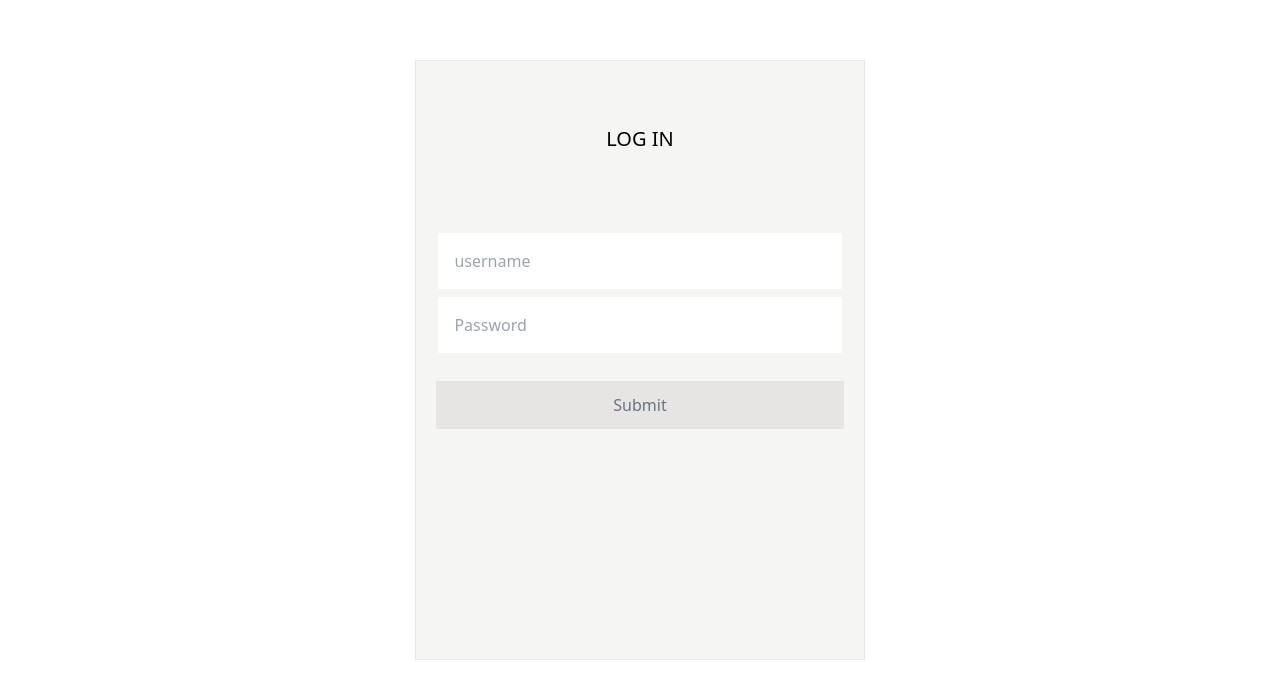
Repository: hsumyatm7308/oop-loginregister-php
Page: http://localhost/login.php
These files come from the project's save history. The page is drawn as it stood at one moment and after the next save; the edit follows.
The browser window is 1280 px wide. The pictures show the whole page.
Some web libraries are served in a nearby version. The page is run by PHP 8.4 with error messages shown; the project is at /var/www/html/.

Above is the page before, as saved 2023-08-02 00:07:59.

After the next save:
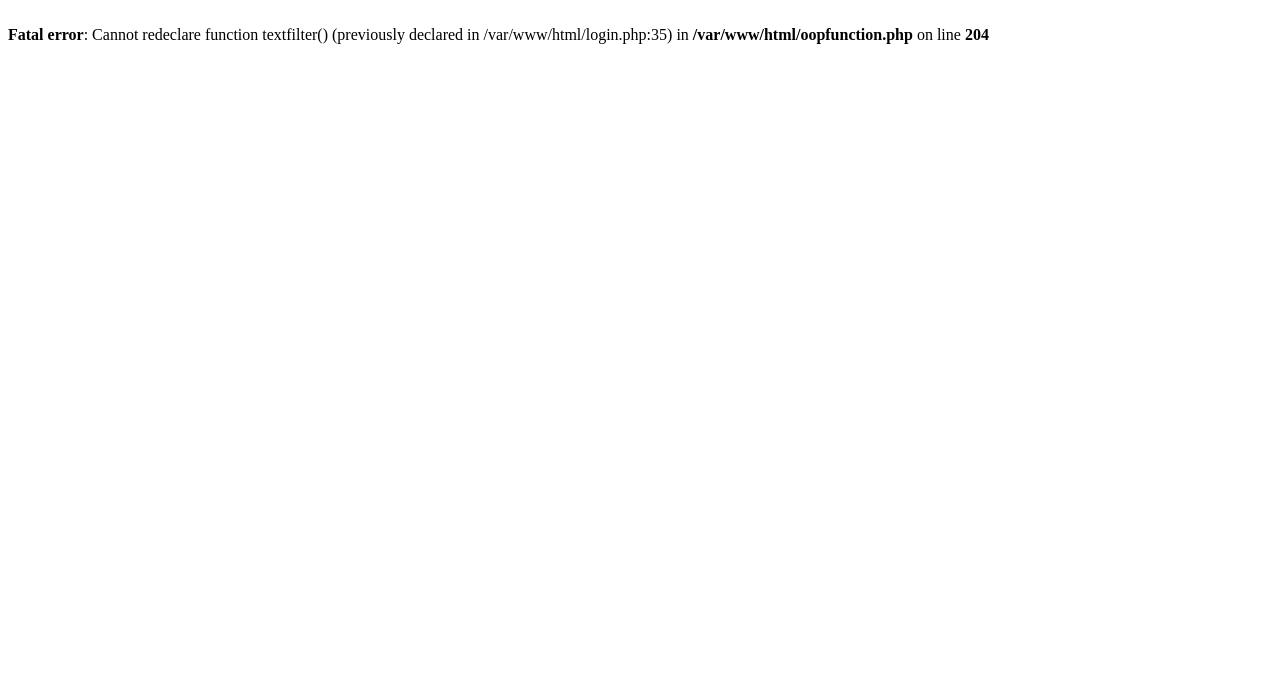
Saved 16 s later.
--- a/login.php
+++ b/login.php
@@ -30,6 +30,15 @@ if ($_SERVER['REQUEST_METHOD'] === "POST") {
 // Place the code inside the $_SERVER['REQUEST_METHOD'] === "POST" block
 if (isset($_SESSION['id'])) {
     header("Location: logout.php");
+}
+
+function textfilter($data)
+{
+    $data = trim($data);
+    $data = htmlspecialchars($data);
+    $data = stripcslashes($data);
+
+    return $data;
 }
 ?>
 

After the save that followed:
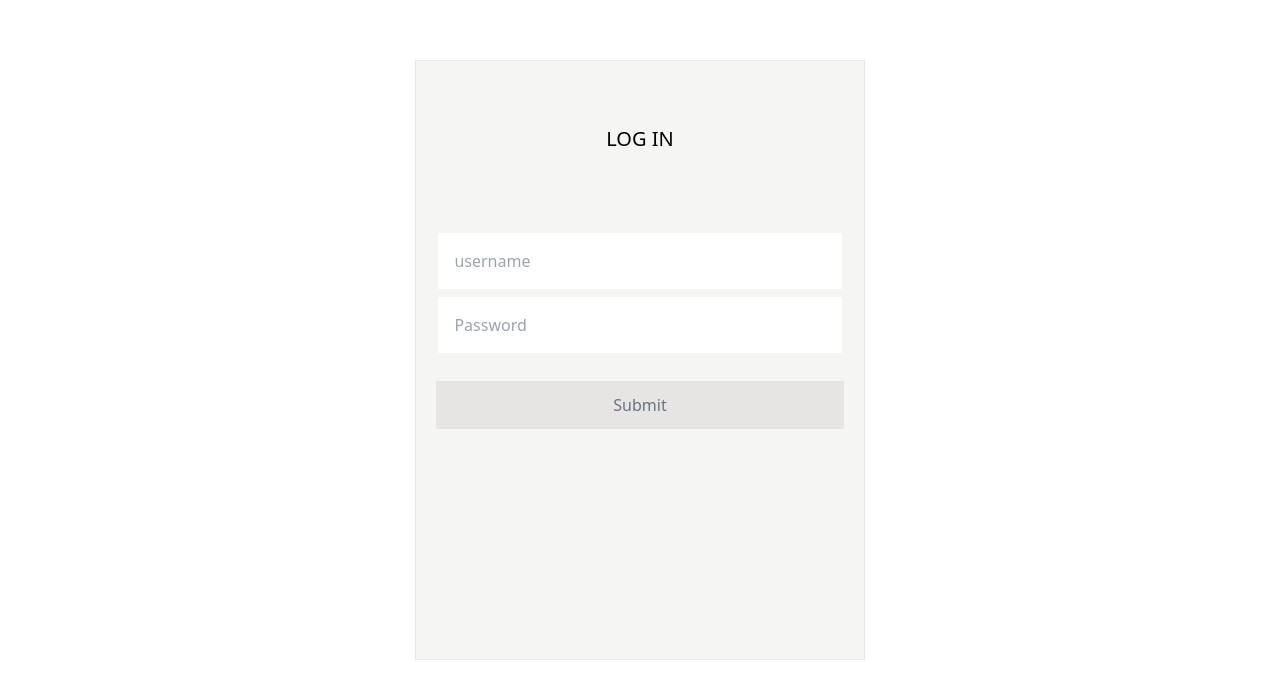
Saved 46 s later.
--- a/oopfunction.php
+++ b/oopfunction.php
@@ -171,43 +171,5 @@ class Logout extends Connection
 
 $obj = new Connection();
 
-if ($_SERVER['REQUEST_METHOD'] === "POST") {
-    $reg = new Register();
-    // if (isset($_POST['submit'])) {
-
-        $fullname = textfilter($_POST['fullname']);
-        $username = textfilter($_POST["username"]);
-        $email = textfilter($_POST["email"]);
-        $address = textfilter($_POST["address"]);
-        $phone = textfilter($_POST["phone"]);
-        $password = textfilter($_POST["password"]);
-        $comfirmpass = textfilter($_POST["comfirm"]);
-
-        $returnresult = $reg->insertUserInfo($fullname, $username, $email, $address, $phone, $password, $comfirmpass);
-
-        if ($returnresult === 10) {
-            echo "<div class=''>Username or email already taken!</div>";
-        } elseif ($returnresult === 1) {
-            $_SESSION['email'] = $email;
-            $_SESSION['password'] = $password;
-            header("Location:logout.php");
-            exit();
-        } elseif ($returnresult === 100) {
-            echo "<div class=''>Password doesn't match!</div>";
-        }
-    // }
-}
-
-
-
-
-function textfilter($data)
-{
-    $data = trim($data);
-    $data = htmlspecialchars($data);
-    $data = stripcslashes($data);
-
-    return $data;
-}
 
 ?>
